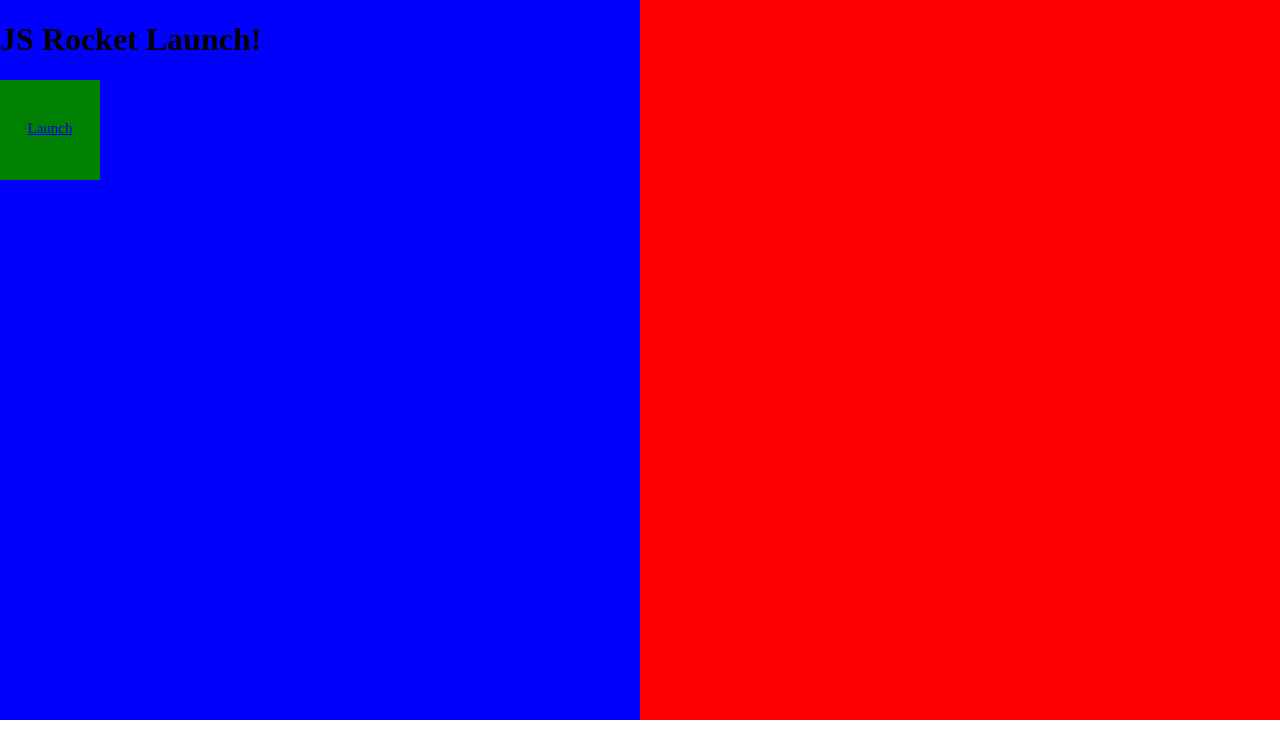
Repository: alcarrizo/Rocket-launch
Page: index.html
The author's editor kept a copy of each file at every save. The page is drawn from the files as they stood at one save, then again after the next save.
The browser window is 1280 px wide. The pictures show the whole page.

Above is the page before, as saved 2022-10-19 19:42:10.

### index.html
<!DOCTYPE html>
<html lang="en">
<head>
    <meta charset="UTF-8">
    <meta http-equiv="X-UA-Compatible" content="IE=edge">
    <meta name="viewport" content="width=device-width, initial-scale=1.0">
    <title>Rocket Launch sequence</title>
    <script type="text/javascript" src="js/script.js"> </script>
    <link rel="stylesheet" href="css/style.css">
</head>
<body>
    <div class="left">
        <div class="state1">
            <h1>JS Rocket Launch!</h1>
            <a href="#" class="button" onclick="startCountDown();">Launch</a>
        </div>
    </div>

    <div class="right">
        <div class="rocket"></div>
    </div>
</body>
</html>

### js/script.js
var car = {
    make: 'VW',
    type: 'Polo',
    color: 'blue',
    isTurnedOn: false,
    numOfWheels: 4,
    seats: [
        'seat1',
        'seat2',
        'seat3',
        'seat4'
    ],
    turnOn: function () {
        this.isTurnedOn = true;
    },
    turnOff: function () {
        this.isTurnedOn = false;
    },
    fly: function () {
        alert('fly');
    },
    switchCar: function (isOn) {
        console.log('turn car ' + isOn)
        if (isOn == true) {
            this.isTurnedOn = true;
        }
        else {
            this.isTurnedOn = false;
        }
    }

};

console.log('hello there friends!');

// this function gets the id of the cool div and swaps it's classname
// between 'cool' and 'cool red' to make it swap between a bacground of
// green and red
var doCoolStuff = function () {
    coolDiv = document.getElementById('cool');
    if (coolDiv.className == 'cool') {
        coolDiv.className = 'cool red'
    }
    else {
        coolDiv.className = 'cool'
    }

}

### css/style.css
body {
    position: relative;
    width: 100vh;
    height: 100vh;
}

.left {
    position: fixed;
    box-sizing: border-box;
    width: 50%;
    height: 100%;
    top: 0;
    left: 0;
    background-color: blue;
}

.right {
    position: fixed;
    box-sizing: border-box;
    width: 50%;
    height: 100%;
    top: 0;
    right: 0;
    background-color: red;
}

a.button {
    display: block;
    box-sizing: border-box;
    text-align: center;
    padding-top: 40px;
    height: 100px;
    width: 100px;
    font-size: 15px;
    background-color: green;

}

After the next save:
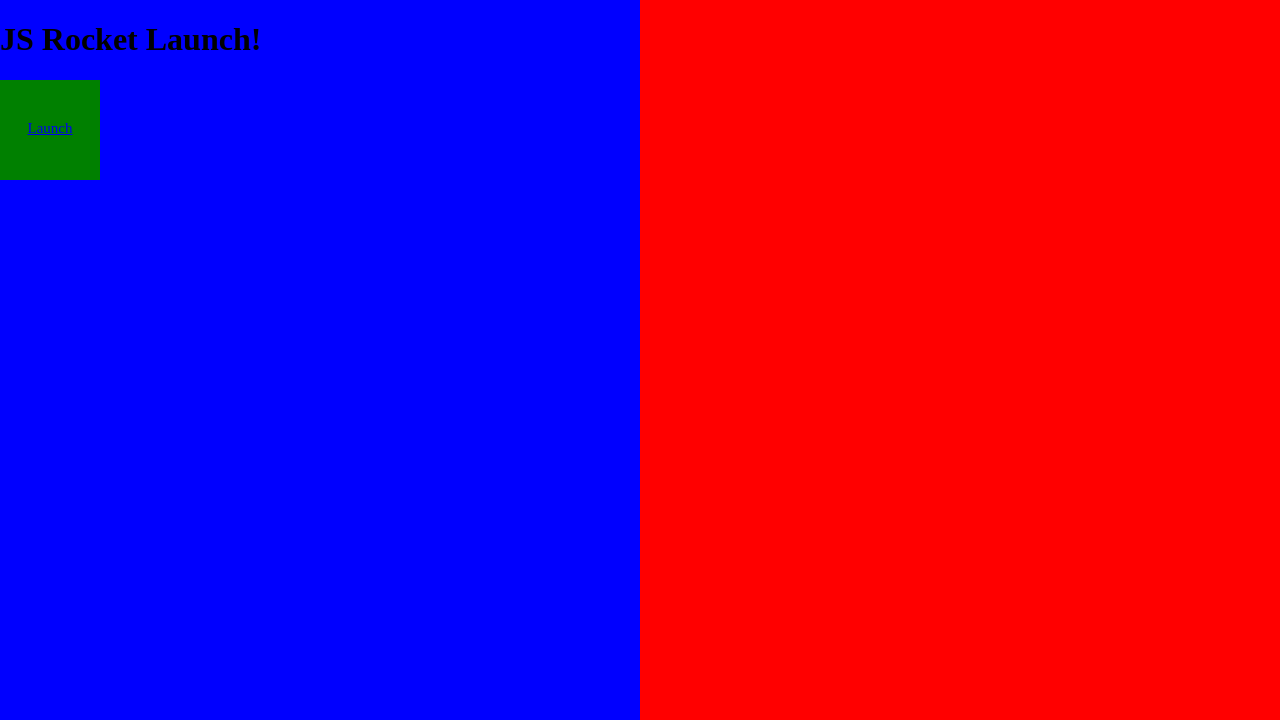
Saved 29 s later.
--- a/css/style.css
+++ b/css/style.css
@@ -1,7 +1,5 @@
 body {
     position: relative;
-    width: 100vh;
-    height: 100vh;
 }
 
 .left {
